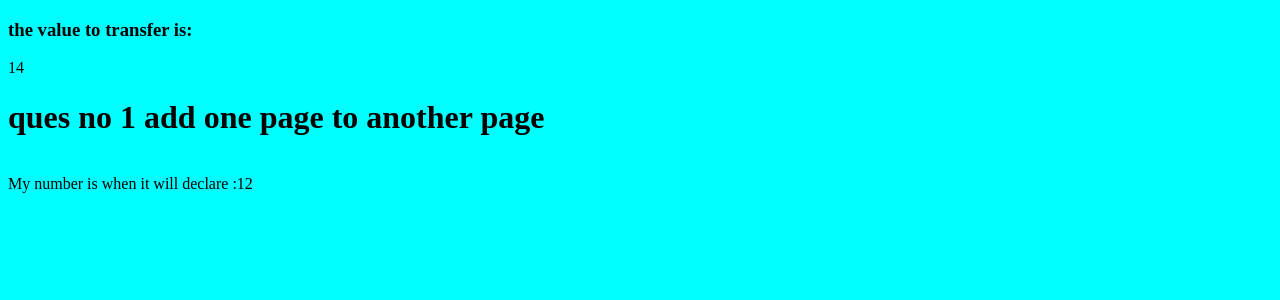
Repository: GarvKumar/ADVANCEDJAVATRAINING
Page: http://localhost/jsp1/Add.jsp
An editor plug-in stored every save of this project. The page is shown before and after the next save, followed by the edit.
The browser window is 1280 px wide. The pictures show the whole page.
The page is served by Tomcat 9.

Above is the page before, as saved 2023-01-28 06:29:56.

After the next save:
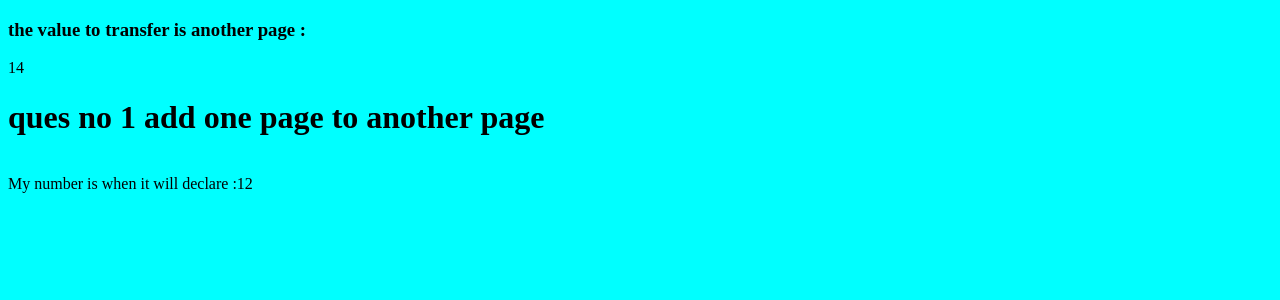
Saved 27 s later.
--- a/jsp1/src/main/webapp/header.jsp
+++ b/jsp1/src/main/webapp/header.jsp
@@ -7,7 +7,7 @@
 <title>header</title>
 </head>
 <body>
-<h3>the value to transfer is: </h3>
+<h3>the value to transfer is another page : </h3>
 <%= 7+7 %>
 
 </body>
